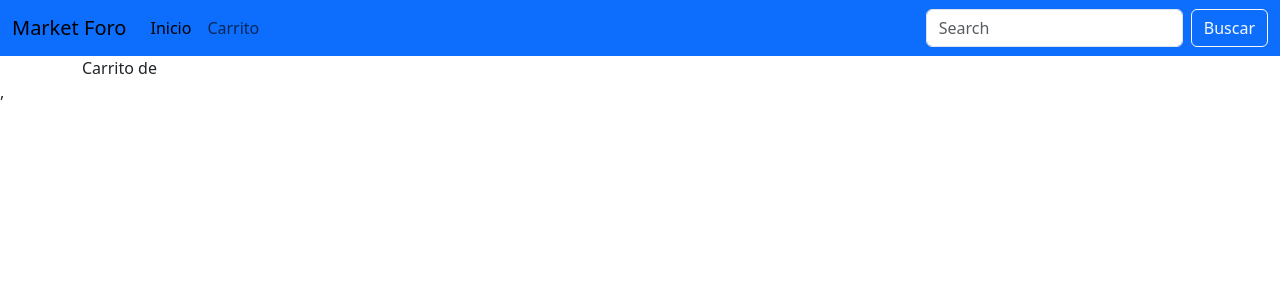
Repository: ikabeee/shopping-car
Page: /cart
An editor plug-in stored every save of this project. The page is shown before and after a run of saves, followed by the edit.
The browser window is 1280 px wide. The pictures show the whole page.
The project was rebuilt for these pictures with package versions that can differ from the ones it lists, and the page was loaded fresh each time. Also part of the build but not shown: vite.config.ts, src/pages/Home.tsx.

Above is the page before, as saved 2024-10-18 14:18:25.

After the next 10 saves:
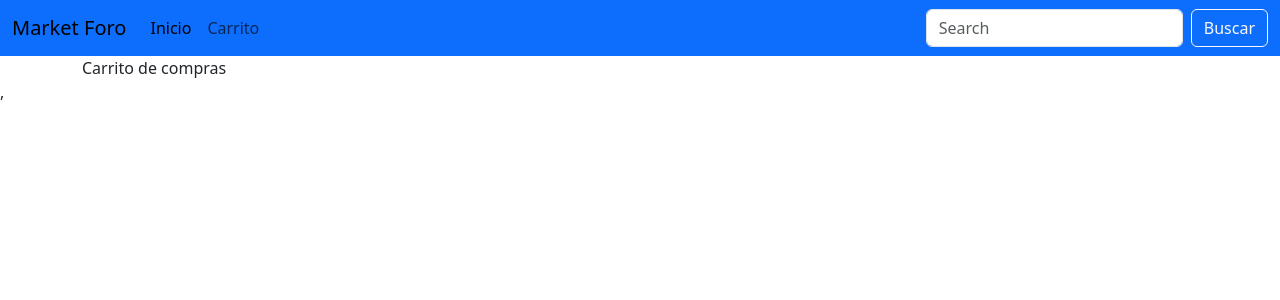
The 10 saves are shown as one change because 3 did not build or start and some came seconds apart.
The last was saved 28 s later.
--- a/src/pages/Cart.tsx
+++ b/src/pages/Cart.tsx
@@ -1,9 +1,11 @@
 const Cart =()=>{
     return(
         <>
+
             <div className="container">
-                Carrito de
+                Carrito de compras
             </div>
+
         </>
     )
 }
